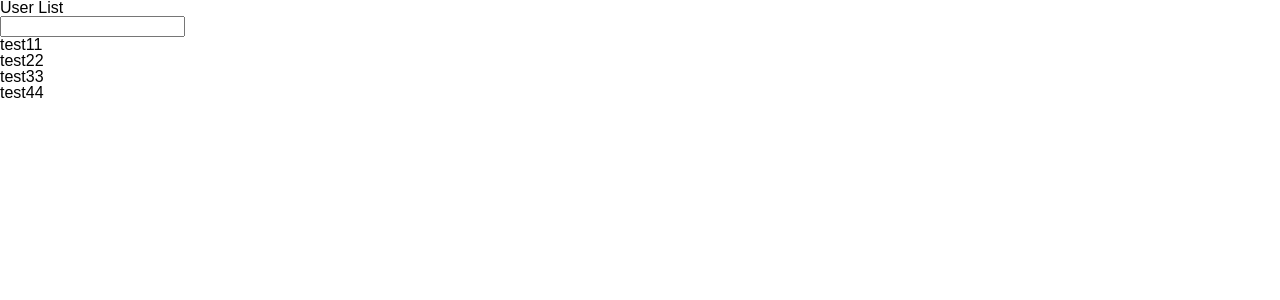
Repository: TomaszBeben/FirstTypescript
Page: /
The author's editor kept a copy of each file at every save. The page is drawn from the files as they stood at one save, then again after the next save.
The browser window is 1280 px wide. The pictures show the whole page.
The project was rebuilt for these pictures with package versions that can differ from the ones it lists, and the page was loaded fresh each time.

Above is the page before, as saved 2021-12-10 12:53:15.

After the next save:
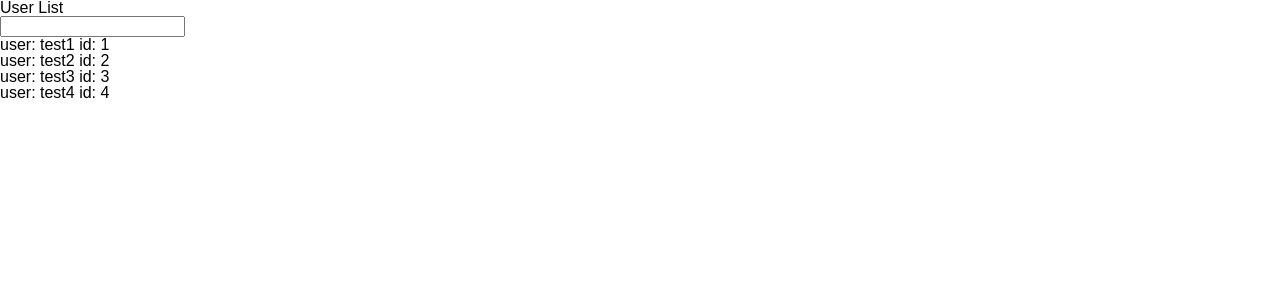
Saved 60 s later.
--- a/src/components/list/List.tsx
+++ b/src/components/list/List.tsx
@@ -27,8 +27,7 @@ const List = () => {
         <ul>
             {users.map((elem) => (
                 <li>
-                    {elem.user}
-                    {elem.userId}
+                    {`user: ${elem.user} id: ${elem.userId}`}
                 </li>
             ))}
         </ul>
